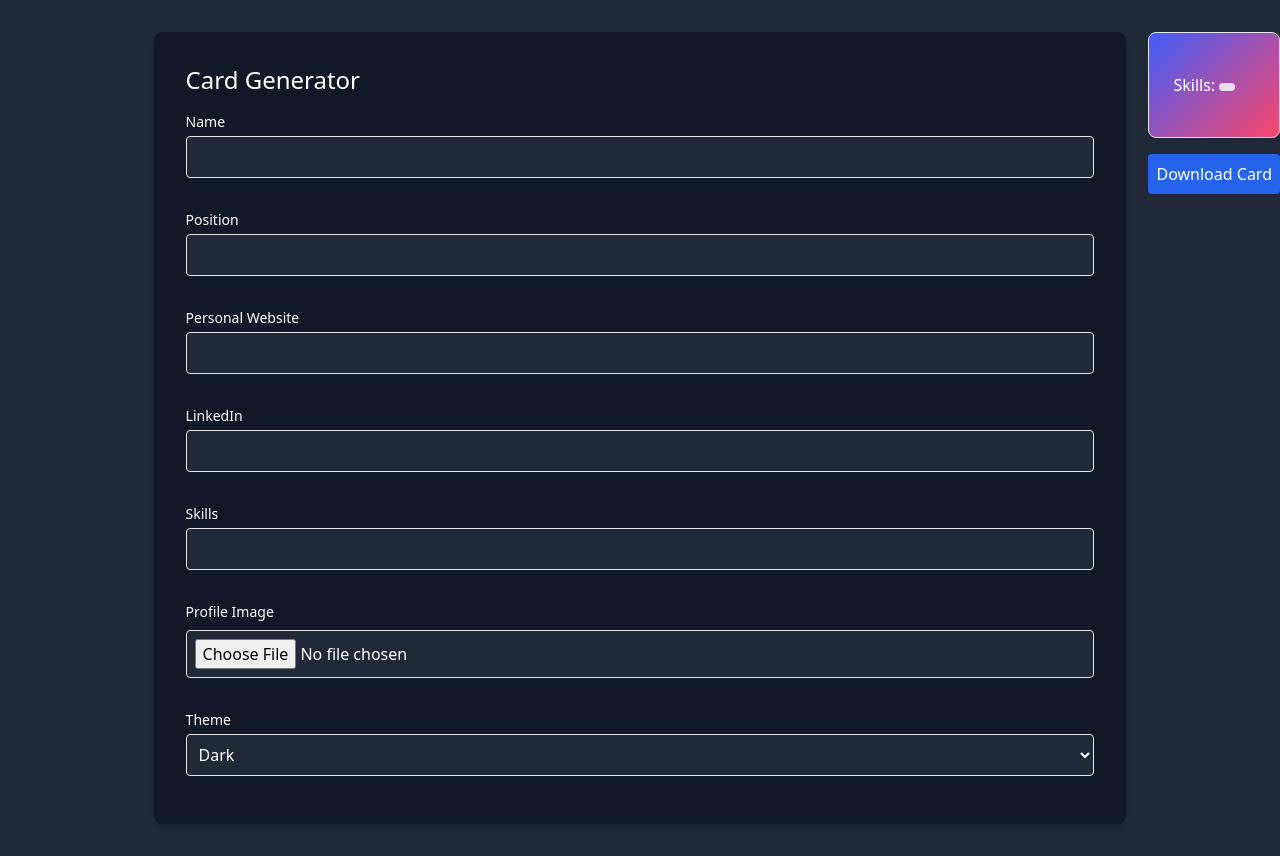
Repository: SmanSayeed/card-generator-react-application
Page: /
An editor plug-in stored every save of this project. The page is shown before and after the next save, followed by the edit.
The browser window is 1280 px wide. The pictures show the whole page.
The project was rebuilt for these pictures with package versions that can differ from the ones it lists, and the page was loaded fresh each time. Also part of the build but not shown: vite.config.js.

Above is the page before, as saved 2024-09-24 16:32:21.

After the next save:
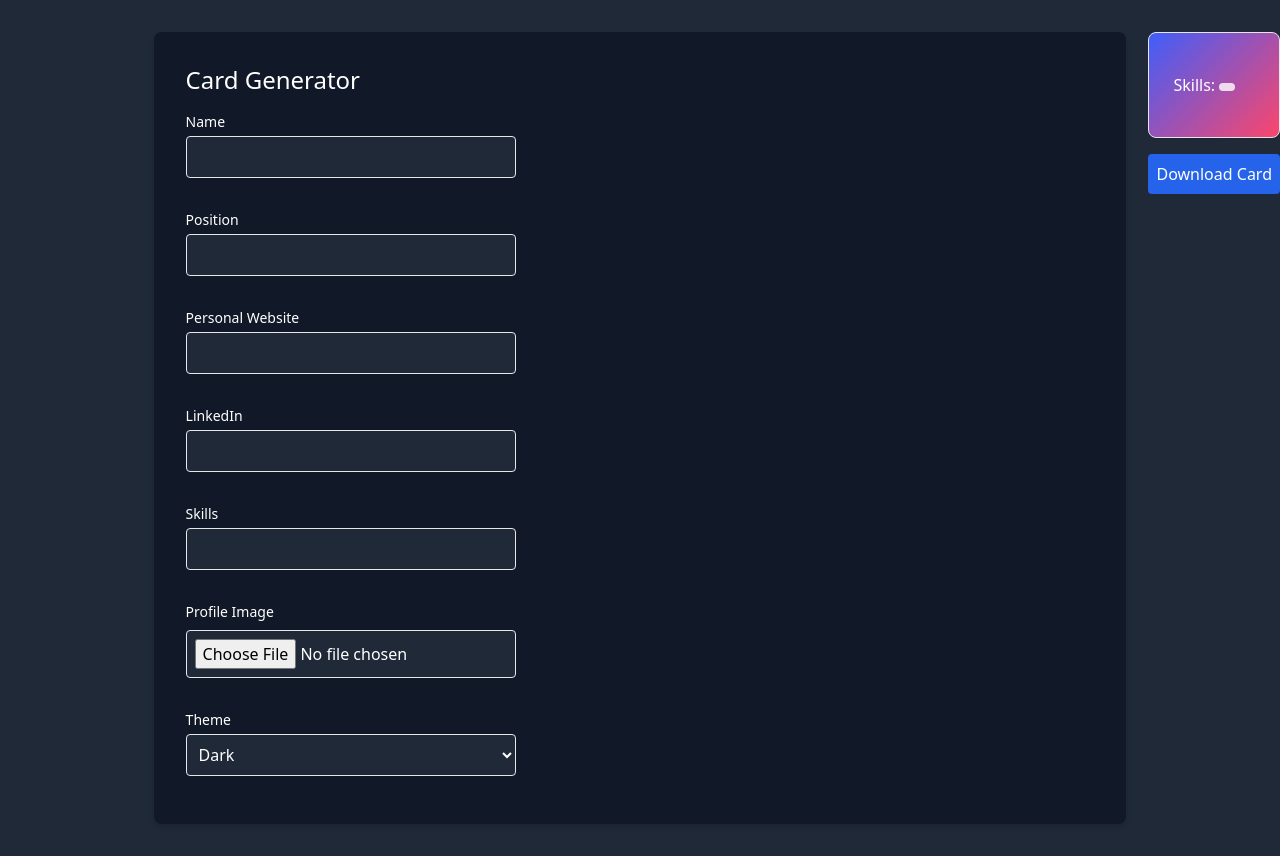
Saved 4 s later.
--- a/src/components/template/CardGenerator.jsx
+++ b/src/components/template/CardGenerator.jsx
@@ -19,19 +19,18 @@ const CardGenerator = () => {
 
   return (
     <div className="max-w-[80%] mx-auto bg-gray-900 text-white p-8 rounded-lg shadow-md ">
-      <div className="relative">
+      <div className="flex justify-between items-start gap-2">
         <div>
           <h1 className="text-2xl mb-4">Card Generator</h1>
           <CardForm />
         </div>
-        <div className="fixed top-0 right-0">
+      </div>
+      <div className="fixed top-0 right-0">
           <div id="card">
             <Card />
           </div>
           <Button onClick={downloadCard}>Download Card</Button>
         </div>
-      </div>
-
     </div>
   );
 };
